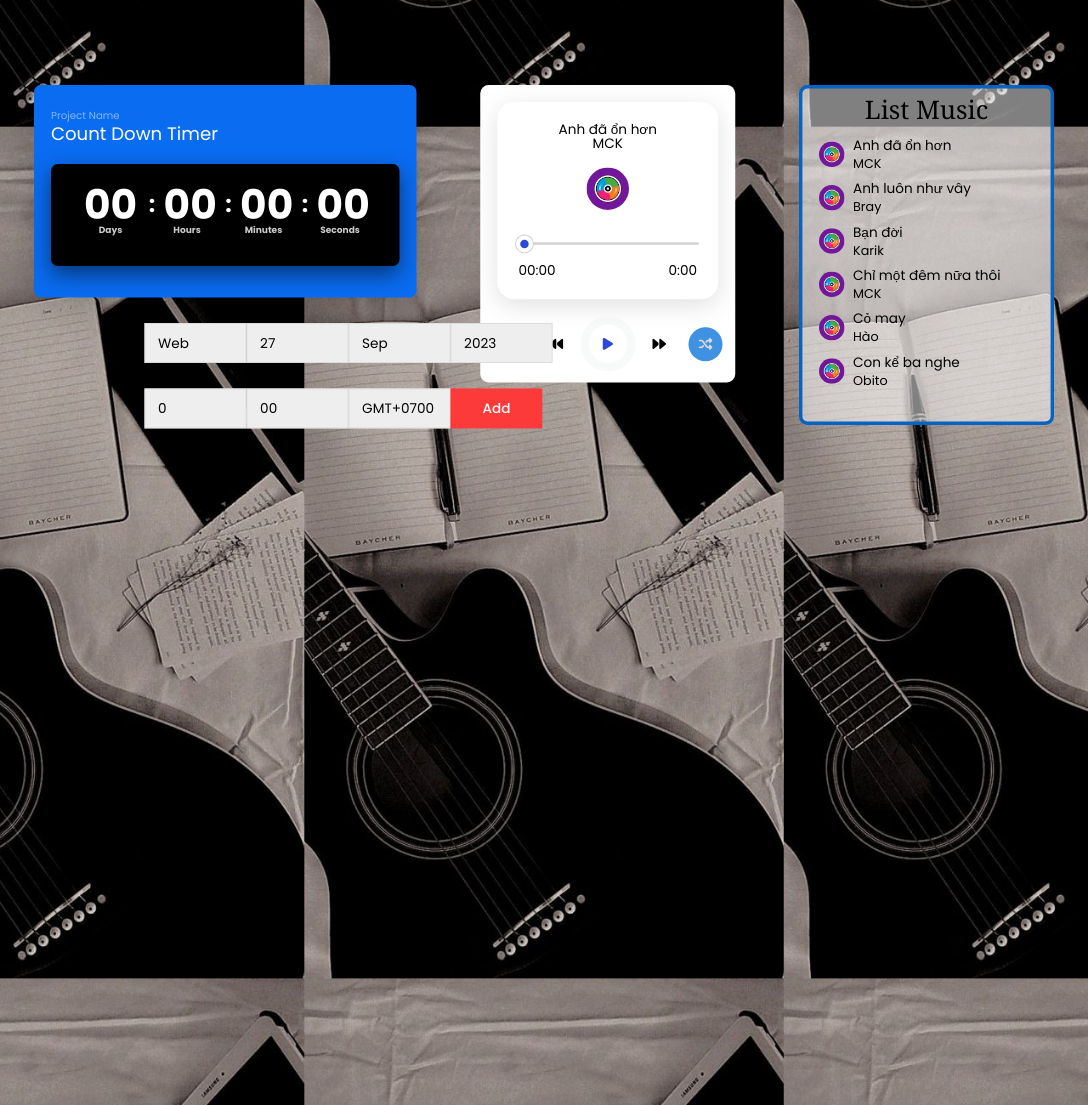
Repository: thuanpham00/CountDownTimer
Page: index.html
These files come from the project's save history. The page is drawn as it stood at one moment and after the next save; the edit follows.
The browser window is 1280 px wide. The pictures show the whole page, at 85% of full size.
Backgrounds fixed to the window are drawn as part of the page. Some web libraries are served in a nearby version. The style sheet was rebuilt from its Sass, Less or Tailwind sources for each picture, by a compiler version that may differ from the author's.

Above is the page before, as saved 2023-10-12 23:22:54.

### index.html
<!DOCTYPE html>
<html lang="en">
    <head>
        <meta charset="UTF-8" />
        <meta name="viewport" content="width=device-width, initial-scale=1.0" />
        <title>Count Down</title>
        <link rel="preconnect" href="https://fonts.googleapis.com" />
        <link rel="preconnect" href="https://fonts.gstatic.com" crossorigin />
        <link
            href="https://fonts.googleapis.com/css2?family=Roboto:wght@300;400;500;700;900&display=swap"
            rel="stylesheet"
        />
        <link rel="preconnect" href="https://fonts.googleapis.com" />
        <link rel="preconnect" href="https://fonts.gstatic.com" crossorigin />
        <link
            href="https://fonts.googleapis.com/css2?family=Poppins:wght@300;400;500;600;700;800&display=swap"
            rel="stylesheet"
        />
        <script src="https://kit.fontawesome.com/3115b3f4f1.js"></script>
        <link rel="stylesheet" href="./assets/css/main.css" />
        <link
            rel="apple-touch-icon"
            sizes="57x57"
            href="./assets/favicon/apple-icon-57x57.png"
        />
        <link
            rel="apple-touch-icon"
            sizes="60x60"
            href="./assets/favicon/apple-icon-60x60.png"
        />
        <link
            rel="apple-touch-icon"
            sizes="72x72"
            href="./assets/favicon/apple-icon-72x72.png"
        />
        <link
            rel="apple-touch-icon"
            sizes="76x76"
            href="./assets/favicon/apple-icon-76x76.png"
        />
        <link
            rel="apple-touch-icon"
            sizes="114x114"
            href="./assets/favicon/apple-icon-114x114.png"
        />
        <link
            rel="apple-touch-icon"
            sizes="120x120"
            href="./assets/favicon/apple-icon-120x120.png"
        />
        <link
            rel="apple-touch-icon"
            sizes="144x144"
            href="./assets/favicon/apple-icon-144x144.png"
        />
        <link
            rel="apple-touch-icon"
            sizes="152x152"
            href="./assets/favicon/apple-icon-152x152.png"
        />
        <link
            rel="apple-touch-icon"
            sizes="180x180"
            href="./assets/favicon/apple-icon-180x180.png"
        />
        <link
            rel="icon"
            type="image/png"
            sizes="192x192"
            href="./assets/favicon/android-icon-192x192.png"
        />
        <link
            rel="icon"
            type="image/png"
            sizes="32x32"
            href="./assets/favicon/favicon-32x32.png"
        />
        <link
            rel="icon"
            type="image/png"
            sizes="96x96"
            href="./assets/favicon/favicon-96x96.png"
        />
        <link
            rel="icon"
            type="image/png"
            sizes="16x16"
            href="./assets/favicon/favicon-16x16.png"
        />
        <link rel="manifest" href="./assets/favicon/manifest.json" />
        <meta name="msapplication-TileColor" content="#ffffff" />
        <meta
            name="msapplication-TileImage"
            content="./assets/favicon/ms-icon-144x144.png"
        />
        <meta name="theme-color" content="#ffffff" />
    </head>
    <body>
        <div class="timer">
            <div class="timer-wrapper">
                <div>
                    <label class="timer-title">Project Name</label>
                    <label class="timer-name">Count Down Timer</label>
                </div>
                <div class="counter">
                    <div class="days">
                        <div class="value" id="days">00</div>
                        <span>Days</span>
                    </div>

                    <div class="hours">
                        <div class="value" id="hours">00</div>
                        <span>Hours</span>
                    </div>

                    <div class="minutes">
                        <div class="value" id="minutes">00</div>
                        <span>Minutes</span>
                    </div>

                    <div class="seconds">
                        <div class="value" id="seconds">00</div>
                        <span>Seconds</span>
                    </div>
                </div>
            </div>
            <div class="player">
                <div class="player-box">
                    <div class="songs-container">
                        <h2></h2>
                        <p></p>
                        <img src="" alt="" class="img" />
                        <audio src="" controls id="song"></audio>
                    </div>
                    <div class="progress">
                        <input
                            type="range"
                            id="progress-bar"
                            min="0"
                            max=""
                            value="0"
                            class="bar"
                        />
                    </div>
                    <div class="player-number">
                        <span class="player-remaining">0:00</span>
                        <span class="player-duration">0:00</span>
                    </div>
                </div>
                <div class="player-row">
                    <div class="player-tool">
                        <i class="fa fa-backward player-prev"></i>
                        <i class="fa fa-play player-play"></i>
                        <i class="fa fa-forward player-next"></i>
                    </div>
                    <i class="fa-solid fa-shuffle random"></i>
                </div>
            </div>
            <div class="player-list">
                <h2 class="player-list__title">List Music</h2>
                <div class="player-list__wrapper"></div>
            </div>
        </div>
        <form class="form-timer">
            <input
                value="Web"
                type="text"
                name="day"
                placeholder="Thứ"
                class="dayInput"
            />
            <input
                type="text"
                name="date"
                placeholder="Ngày"
                value="27"
                class="dateInput"
            />
            <input
                type="text"
                name="month"
                placeholder="Tháng"
                value="Sep"
                class="monthInput"
            />
            <input
                type="number"
                name="year"
                placeholder="Năm"
                value="2023"
                class="yearInput"
            />
            <input
                type="number"
                name="hour"
                placeholder="Giờ"
                class="hourInput"
                value="0"
            />
            <input
                type="number"
                name="minute"
                placeholder="Phút"
                class="minuteInput"
                value="00"
            />
            <input
                type="text"
                name="GMT"
                value="GMT+0700 (Indochina Time)"
                class="hourInput"
            />
            <button class="todo__submit" type="submit">Add</button>
        </form>
        <script src="./assets/js/main.js"></script>
    </body>
</html>

### scss/main.scss
html,
body,
div,
span,
applet,
object,
iframe,
h1,
h2,
h3,
h4,
h5,
h6,
p,
blockquote,
pre,
a,
abbr,
acronym,
address,
big,
cite,
code,
del,
dfn,
em,
img,
ins,
kbd,
q,
s,
samp,
small,
strike,
strong,
sub,
sup,
tt,
var,
b,
u,
i,
center,
dl,
dt,
dd,
ol,
ul,
li,
fieldset,
form,
label,
legend,
table,
caption,
tbody,
tfoot,
thead,
tr,
th,
td,
article,
aside,
canvas,
details,
embed,
figure,
figcaption,
footer,
header,
hgroup,
menu,
nav,
output,
ruby,
section,
summary,
time,
mark,
audio,
video {
    margin: 0;
    padding: 0;
    border: 0;
    font-size: 100%;
    font: inherit;
    vertical-align: baseline;
}
/* HTML5 display-role reset for older browsers */
article,
aside,
details,
figcaption,
figure,
footer,
header,
hgroup,
menu,
nav,
section {
    display: block;
}
body {
    line-height: 1;
}
ol,
ul {
    list-style: none;
}
blockquote,
q {
    quotes: none;
}
blockquote:before,
blockquote:after,
q:before,
q:after {
    content: "";
    content: none;
}
table {
    border-collapse: collapse;
    border-spacing: 0;
}

*,
::after,
::before {
    box-sizing: border-box;
}

html {
    font-size: 62.5%;
}

body {
    font-size: 1.6rem;
    font-family: "Poppins", sans-serif;
}

input,
select,
textarea,
button {
    font-size: inherit;
    font-family: inherit;
}

@mixin screen($dev) {
    @if $dev == lg {
        @media (max-width: 991.98px) {
            @content;
        }
    }
    @if $dev == md {
        @media (max-width: 767.98px) {
            @content;
        }
    }
    @if $dev == sm {
        @media (max-width: 575.98px) {
            @content;
        }
    }
}

$container-color: #0a6cf1;
$container-padding: 30px 20px 10px 20px;

body {
    height: 1200px;
    background: url("../img/background-4.jpg") repeat fixed center;
    user-select: none;
}

.timer {
    margin: 100px auto 0;
    max-width: 1200px;
    display: flex;
    justify-content: space-between;
    min-height: 400px;

    @include screen(lg) {
        align-items: center;
        flex-direction: column-reverse;
        row-gap: 20px;
    }

    @include screen(sm) {
        min-height: 200px;
    }

    &-wrapper {
        max-height: 250px;
        background-color: $container-color;
        padding: $container-padding;
        border-radius: 8px;
        color: #fff;
        min-width: 450px;
        box-shadow: 0 5px 50px rgba(0, 0, 0, 0.2);

        @include screen(lg) {
            margin-top: 20px;
        }

        @include screen(sm) {
            min-width: 300px;
        }
    }

    label {
        display: block;
    }

    &-title {
        font-size: 9pt;
        opacity: 0.5;
    }

    &-name {
        font-size: 16pt;
        margin: 5px 0;
    }

    .counter {
        padding: 25px;
        margin: 25px 0 15px 0;
        background-color: #000;
        font-weight: 700;
        border-radius: 8px;
        box-shadow: 0 10px 25px rgba(0, 0, 0, 0.5);
        min-height: 120px;

        div {
            display: inline-block;
        }
        .days,
        .hours,
        .minutes,
        .seconds {
            width: 25%;
            float: left;
            text-align: center;
            .value {
                display: block;
                font-size: 36pt;
                width: 100%;
                display: block;

                @include screen(sm) {
                    font-size: 3rem;
                }
            }
            span {
                font-size: 8pt;
                opacity: 0.8;
                width: 100%;
                display: block;

                @include screen(sm) {
                    font-size: 1.2rem;
                }
            }
        }
        .hours::before,
        .minutes::before,
        .seconds::before {
            content: ":";
            float: left;
            font-size: 20pt;
            position: relative;
            margin-top: 10px;
            opacity: 0.7;
            animation: pink 1s ease-in-out infinite;

            @include screen(sm) {
                font-size: 1.5rem;
            }
        }
    }

    .player {
        height: 350px;
        width: 300px;
        background-color: white;
        padding: 20px;
        border-radius: 10px;

        @include screen(lg) {
            max-width: 500px;
        }

        @include screen(sm) {
            width: 300px;
            height: 350px;
        }
    }

    .player-list {
        max-width: 300px;
        background: rgba(255, 255, 255, 0.5);
        border-radius: 10px;
        padding: 10px 0 0px 20px;
        border: 4px solid rgb(5, 99, 193);

        @include screen(lg) {
            max-width: 500px;
        }

        &__title {
            margin-left: -20px;
            text-align: center;
            font-family: Cambria, Cochin, Georgia, Times, 'Times New Roman', serif;
            font-size: 3rem;
            margin-bottom: 20px;

        }

        &__wrapper {
            max-height: 300px;
            overflow-y: scroll;
        }

        .song-row {
            margin-bottom: 15px;
            display: flex;
            align-items: center;
            column-gap: 10px;

            > * {
                pointer-events: none;
            }
        }
    }

    .player-row {
        position: relative;
        display: flex;
        align-items: center;
        justify-content: center;

        > i {
            display: flex;
            align-items: center;
            justify-content: center;
            position: absolute;
            right: -5px;
            width: 40px;
            height: 40px;
            border-radius: 99px;
            background: rgb(63, 145, 226);
            color: #dadada;
            transition: all 0.25s ease;

            &:hover {
                background: rgba(63, 145, 226, 0.8);
            }
        }
    }

    .player-box {
        box-shadow: rgba(100, 100, 111, 0.2) 0px 7px 29px 0px;
        padding: 25px;
        display: flex;
        align-items: center;
        justify-content: center;
        flex-direction: column;
        text-align: center;
        border-radius: 20px;
        max-width: 400px;
        margin: 0 auto 30px;
    }

    .player-media {
        position: relative;
        width: 150px;
        height: 150px;
        border-radius: 100rem;
        margin-bottom: 25px;
    }

    .player-media:before {
        content: "";
        width: 50px;
        height: 50px;
        background-color: white;
        border-radius: 100px;
        position: absolute;
        top: 50%;
        left: 50%;
        transform: translate(-50%, -50%);
        z-index: 10;
    }

    .player-image {
        width: 100%;
        height: 100%;
        object-fit: cover;
        border-radius: inherit;
    }

    .player-image.is-playing {
        animation: rotate 10s forwards infinite linear;
    }

    @keyframes rotate {
        to {
            transform: rotate(360deg);
        }
    }

    .progress {
        margin-bottom: 20px;
        margin-top: 25px;
    }

    .player-number {
        display: flex;
        justify-content: space-between;
        align-items: center;
        width: 100%;
    }

    .player-tool {
        display: flex;
        justify-content: center;
        align-items: center;
    }

    .player-play {
        color: #2b48d9;
        width: 45px;
        height: 45px;
        border-radius: 100rem;
        display: flex;
        justify-content: center;
        align-items: center;
        cursor: pointer;
        background-color: white;
        box-shadow: 0 0 0 10px rgba(242, 243, 244, 0.5);
        font-size: 16px;
        margin: 0 30px;
    }

    .player-next,
    .player-prev {
        cursor: pointer;
        font-size: 16px;
    }

    .progress {
        width: 100%;
        position: relative;
    }

    .bar {
        -webkit-appearance: none;
        width: 100%;
        height: 3px;
        background: #d3d3d3;
        outline: none;
        -webkit-transition: 0.2s;
        transition: opacity 0.2s;
    }

    .bar::-webkit-slider-thumb {
        -webkit-appearance: none;
        appearance: none;
        width: 10px;
        height: 10px;
        border-radius: 100rem;
        background-color: #2b48d9;
        box-shadow: 0 0 0 5px white, 0 0 0 6px #ccc;
    }

    /* .bar::-webkit-slider-thumb chọn phần tử con của phần tử có lớp bar mà là "thumb" của thanh trượt (slider)
     dành cho trình duyệt WebKit (chẳng hạn như Safari hoặc Chrome).

    .bar::-moz-range-thumb chọn phần tử con của phần tử có lớp bar mà là "thumb" của
    thanh trượt (slider) dành cho trình duyệt Firefox (Mozilla).
    */

    .bar::-moz-range-thumb {
        cursor: pointer;
        width: 10px;
        height: 10px;
        border-radius: 100rem;
        background-color: #2b48d9;
        box-shadow: 0 0 0 5px white, 0 0 0 6px #ccc;
    }
}

@keyframes pink {
    0% {
        opacity: 1;
    }
    50% {
        opacity: 0.5;
    }
    100% {
        opacity: 1;
    }
}

.form-timer {
    position: absolute;
    left: 170px;
    top: 350px;
    max-width: 500px;
    display: flex;
    flex-wrap: wrap;

    @include screen(lg) {
        top: 1100px;
        left: 160px;
    }

    @include screen(sm) {
        top: 700px;
        left: 40px;
    }

    input {
        margin-top: 30px;
        width: 120px;
        padding: 10px 15px;
        outline: none;
        background: #eee;
        border: 1px solid #dadada;
        @include screen(lg) {
            width: 108px;
        }

        @include screen(sm) {
            padding: 10px 10px;
            margin-top: 10px;
            width: 90px;
        }
    }

    button {
        margin-top: 30px;
        width: 108px;
        padding: 10px 15px;
        background: #fd3a3a;
        border: none;
        color: #fff;
        font-weight: 500;

        @include screen(sm) {
            padding: 10px 10px;
            margin-top: 10px;
            width: 90px;
        }
    }
}

.img {
    margin-top: 20px;
    width: 50px;
    height: 50px;
    border-radius: 99px;

    &-2 {
        margin-top: 0px;
        width: 30px;
        height: 30px;
    }
}

.nameSong {
    font-size: 1.6rem;
}

.nameSinger {
    margin-top: 5px;
    font-size: 1.5rem;
}

Loaded but not shown: assets/js/main.js (457 lines, source omitted)

After the next save:
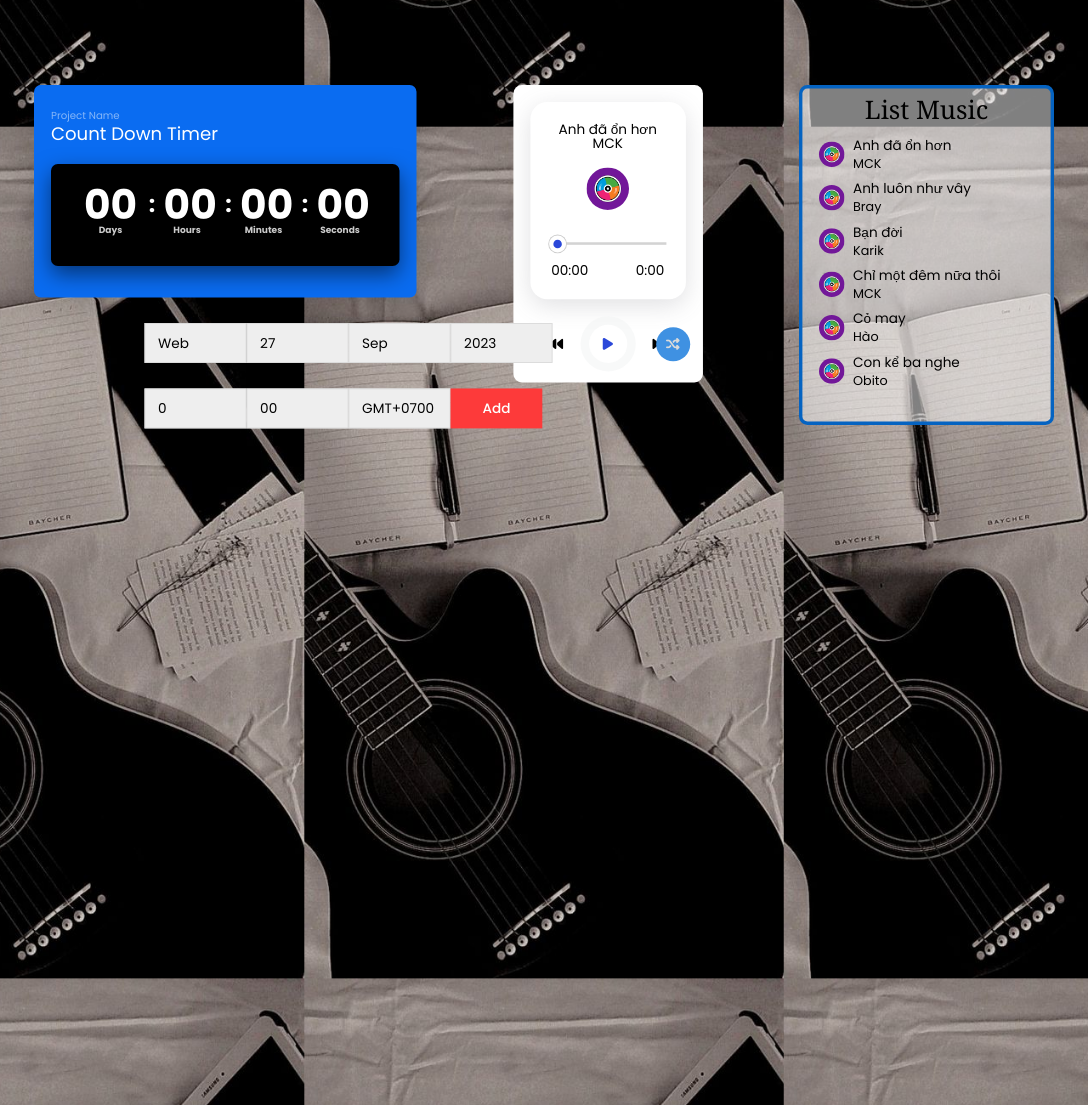
Saved 6 s later.
--- a/scss/main.scss
+++ b/scss/main.scss
@@ -281,7 +281,7 @@
 
     .player {
         height: 350px;
-        width: 300px;
+        max-width: 300px;
         background-color: white;
         padding: 20px;
         border-radius: 10px;

After the save that followed:
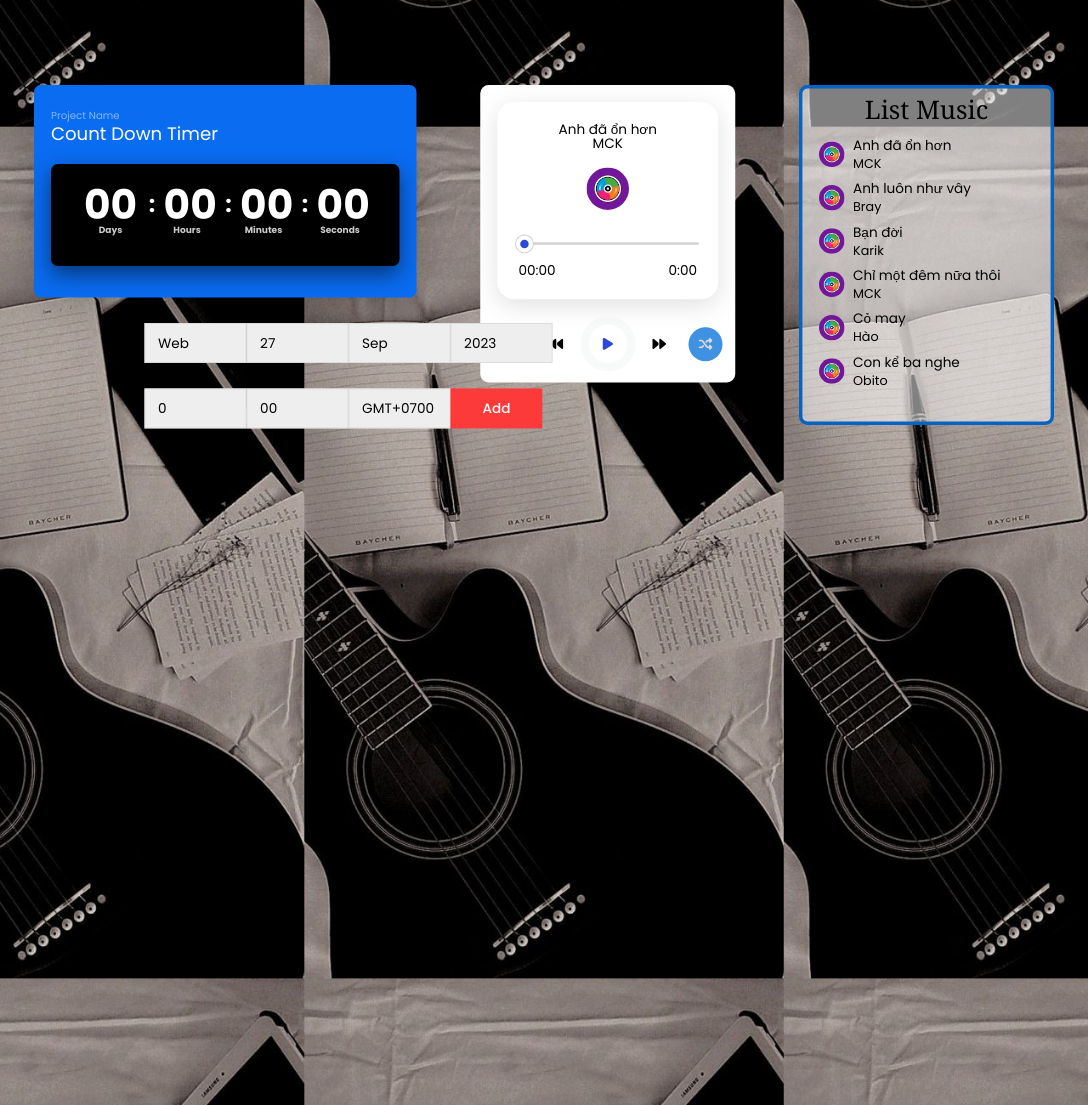
Saved 4 s later.
--- a/scss/main.scss
+++ b/scss/main.scss
@@ -281,7 +281,7 @@
 
     .player {
         height: 350px;
-        max-width: 300px;
+        width: 300px;
         background-color: white;
         padding: 20px;
         border-radius: 10px;
